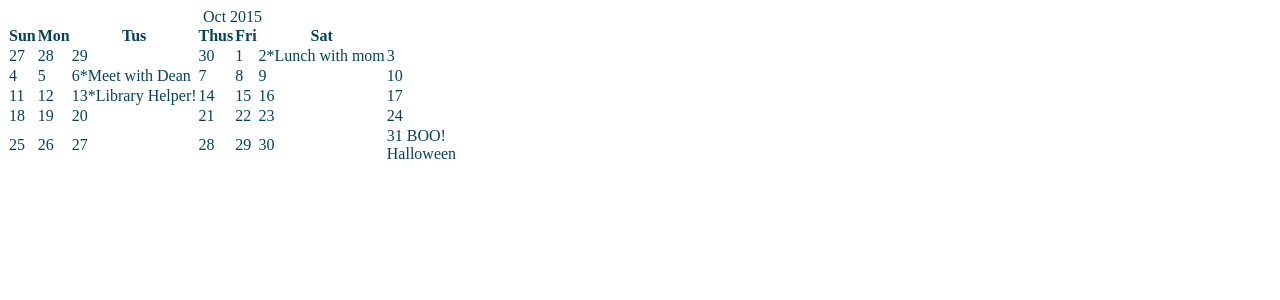
Repository: Tram-anh99/Blockchain_Funix
Page: CSS/lich.html
An editor plug-in stored every save of this project. The page is shown before and after the next save, followed by the edit.
The browser window is 1280 px wide. The pictures show the whole page.

Above is the page before, as saved 2023-02-28 01:30:59.

### CSS/lich.html
<!DOCTYPE html>
<html lang="en">
<head>
      <meta charset="UTF-8">
      <meta http-equiv="X-UA-Compatible" content="IE=edge">
      <meta name="viewport" content="width=device-width, initial-scale=1.0">
      <title>Calendar Table</title>
      <link rel="stylesheet" href="lich.css">
</head>
<body>
      <table class="cal"><caption>
            Oct 2015
      </caption>
      <!-- in đậm dòng -->
<thead>
      <!-- Dòng -->
      <tr>
            <th>Sun</th>
            <th>Mon</th>
            <th>Tus</th>
            <th>Thus</th>
            <th>Fri</th>
            <th>Sat</th>
      </tr>
</thead>
<!-- Phần thân -->
<tbody>
      <!-- Dòng -->
      <tr>
            <td class="old">27</td>
            <td class="old">28</td>
            <td class="old">29</td>
            <td class="old">30</td>
            <td>1</td>
            <td>2*<span>Lunch with mom</span></td>
            <td>3</td>
      </tr>
      <tr>
            <td>4</td>
            <td>5</td>
            <td>6*<span>Meet with Dean</span></td>
            <td>7</td>
            <td>8</td>
            <td>9</td>
            <td>10</td>
      </tr>
      <tr>
            <td>11</td>
            <td>12</td>
            <td>13*<span>Library Helper!</span></td>
            <td>14</td>
            <td>15</td>
            <td>16</td>
            <td>17</td>
      </tr>
      <tr>
            <td>18</td>
            <td>19</td>
            <td>20</td>
            <td>21</td>
            <td>22</td>
            <td>23</td>
            <td>24</td>
      </tr>
      <tr>
            <td>25</td>
            <td>26</td>
            <td>27</td>
            <td>28</td>
            <td>29</td>
            <td>30</td>
            <td class="holiday">31 <span>BOO! <br/>Halloween
            </span></td>
      </tr>
</tbody>
</table>
</body>
</html>

### CSS/lich.css
.cal {
      color: #06425C;
      border-spacing: 0;
      border: 3px ;
}

After the next save:
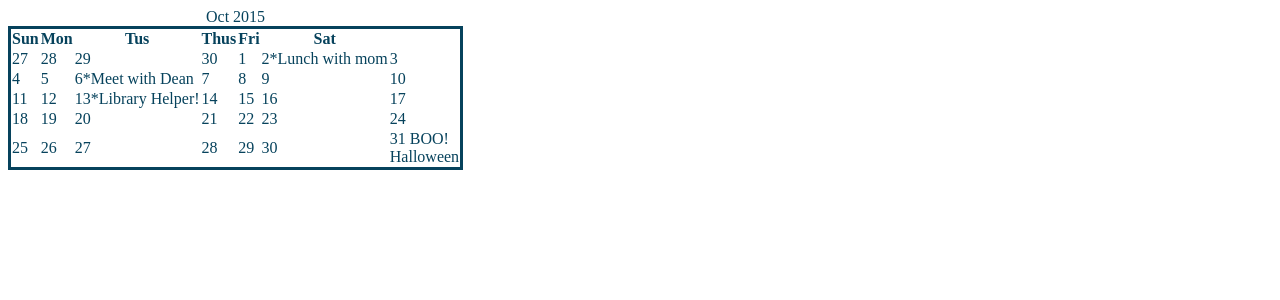
Saved 5 s later.
--- a/CSS/lich.css
+++ b/CSS/lich.css
@@ -1,5 +1,5 @@
 .cal {
       color: #06425C;
       border-spacing: 0;
-      border: 3px ;
+      border: 3px solid;
 }
